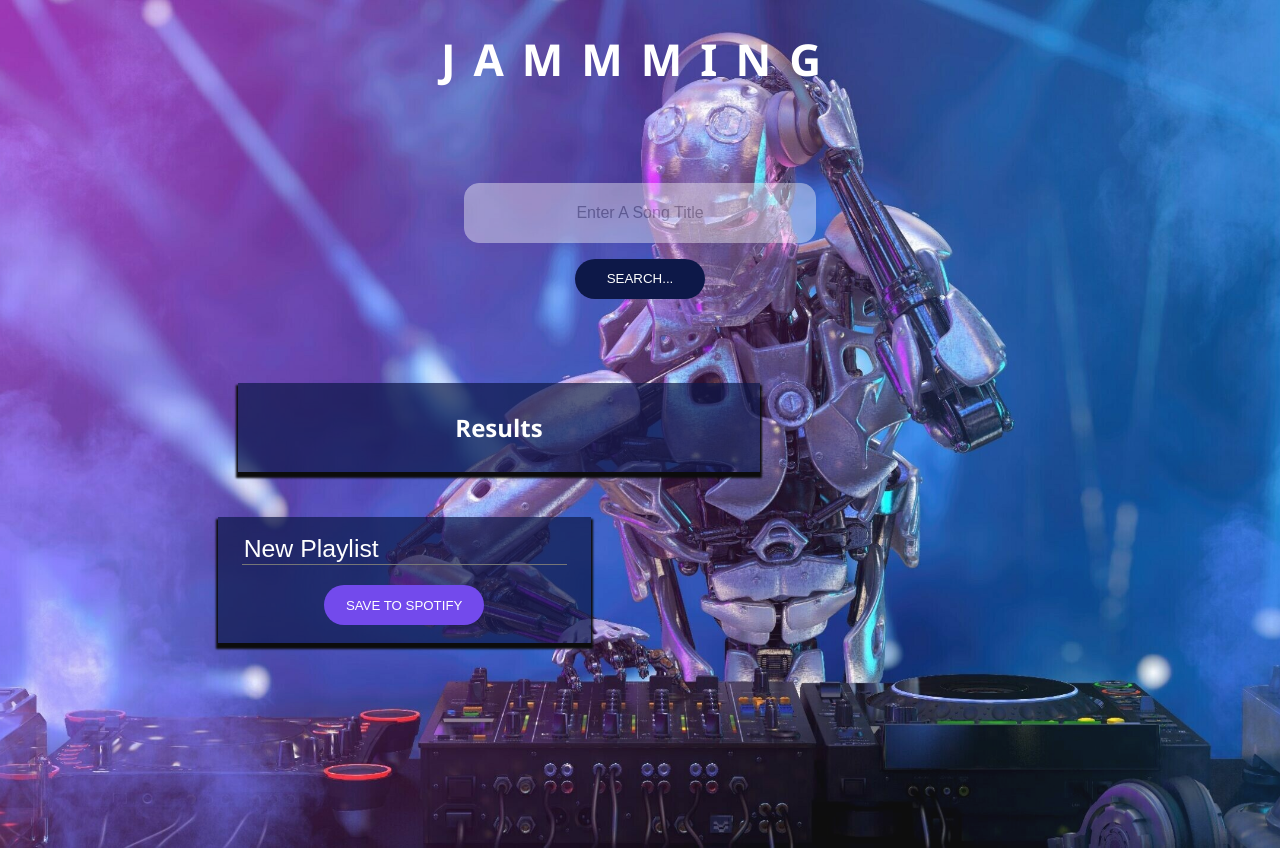
Repository: LolaSL/jamming
Page: /
These files come from the project's save history. The page is drawn as it stood at one moment and after the next save; the edit follows.
The browser window is 1280 px wide. The pictures show the whole page.
The project was rebuilt for these pictures with package versions that can differ from the ones it lists, and the page was loaded fresh each time. Also part of the build but not shown: src/components/Track/Track.css, src/components/Track/Track.jsx.

Above is the page before, as saved 2023-06-22 19:12:23.

After the next save:
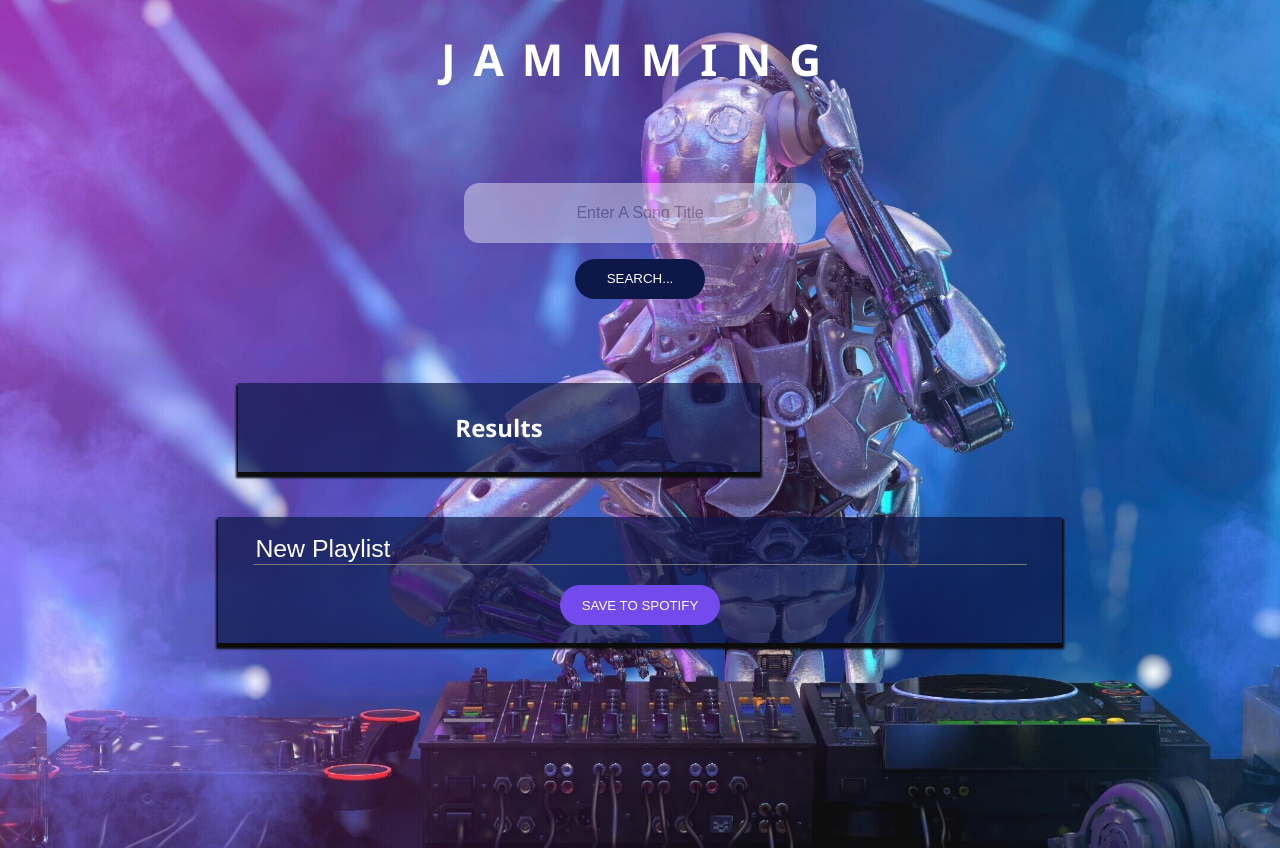
Saved 6 s later.
--- a/src/components/PlayList/PlayList.css
+++ b/src/components/PlayList/PlayList.css
@@ -3,7 +3,7 @@
     flex-direction: column;
     align-items: center;
     overflow-y: scroll;
-    width: 40%;
+    width: 100%;
     max-height: 950px;
     padding: 1.1rem;
     background-color: rgba(1, 12, 63, 0.7);
